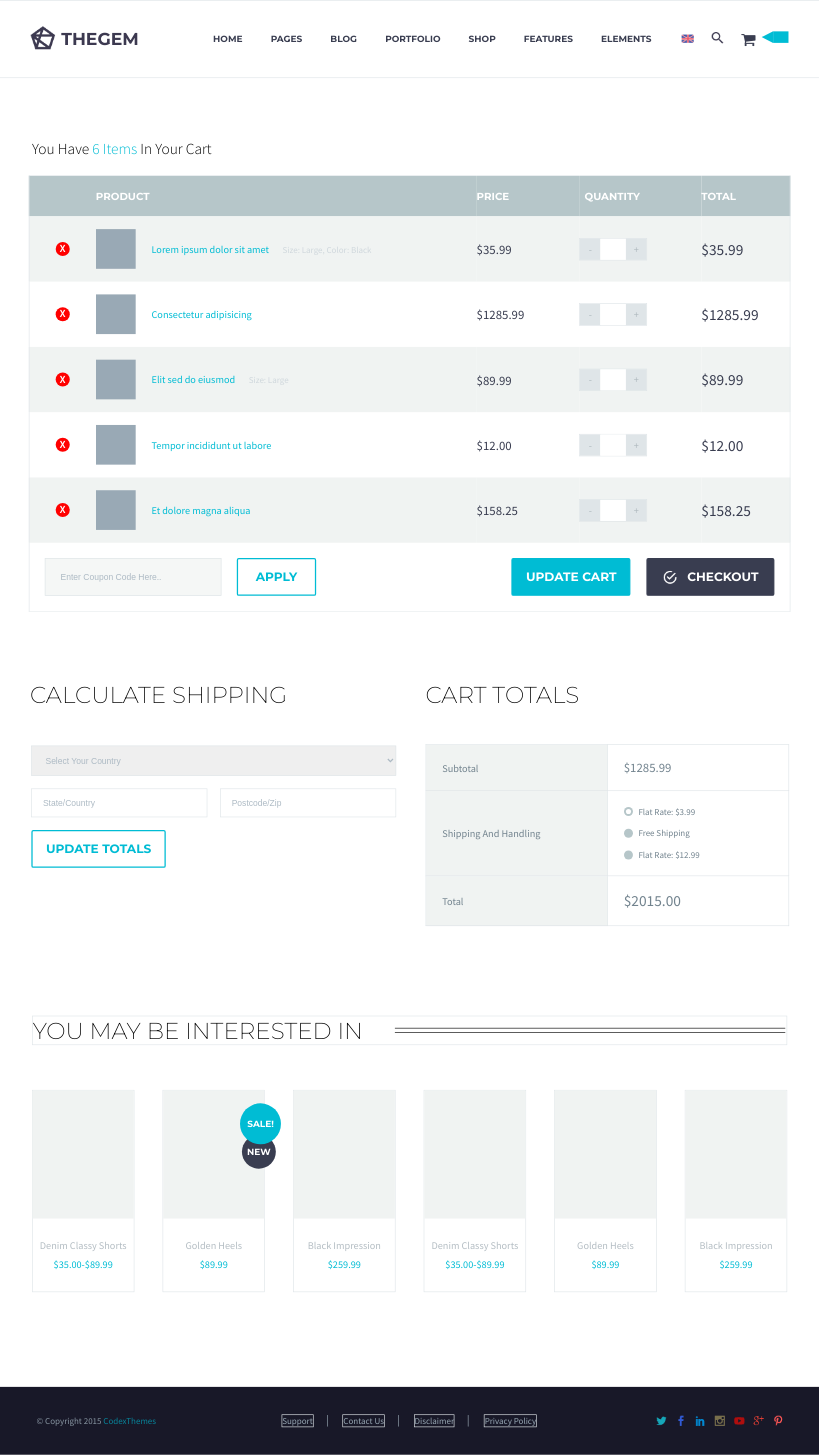
Repository: flylessbird/shop_cart
Page: html/page.html
These files come from the project's save history. The page is drawn as it stood at one moment and after the next save; the edit follows.
The browser window is 1280 px wide. The pictures show the whole page, at 64% of full size.
The style sheet was rebuilt from its Sass, Less or Tailwind sources for each picture, by a compiler version that may differ from the author's.

Above is the page before, as saved 2022-05-14 20:20:33.

After the next save:
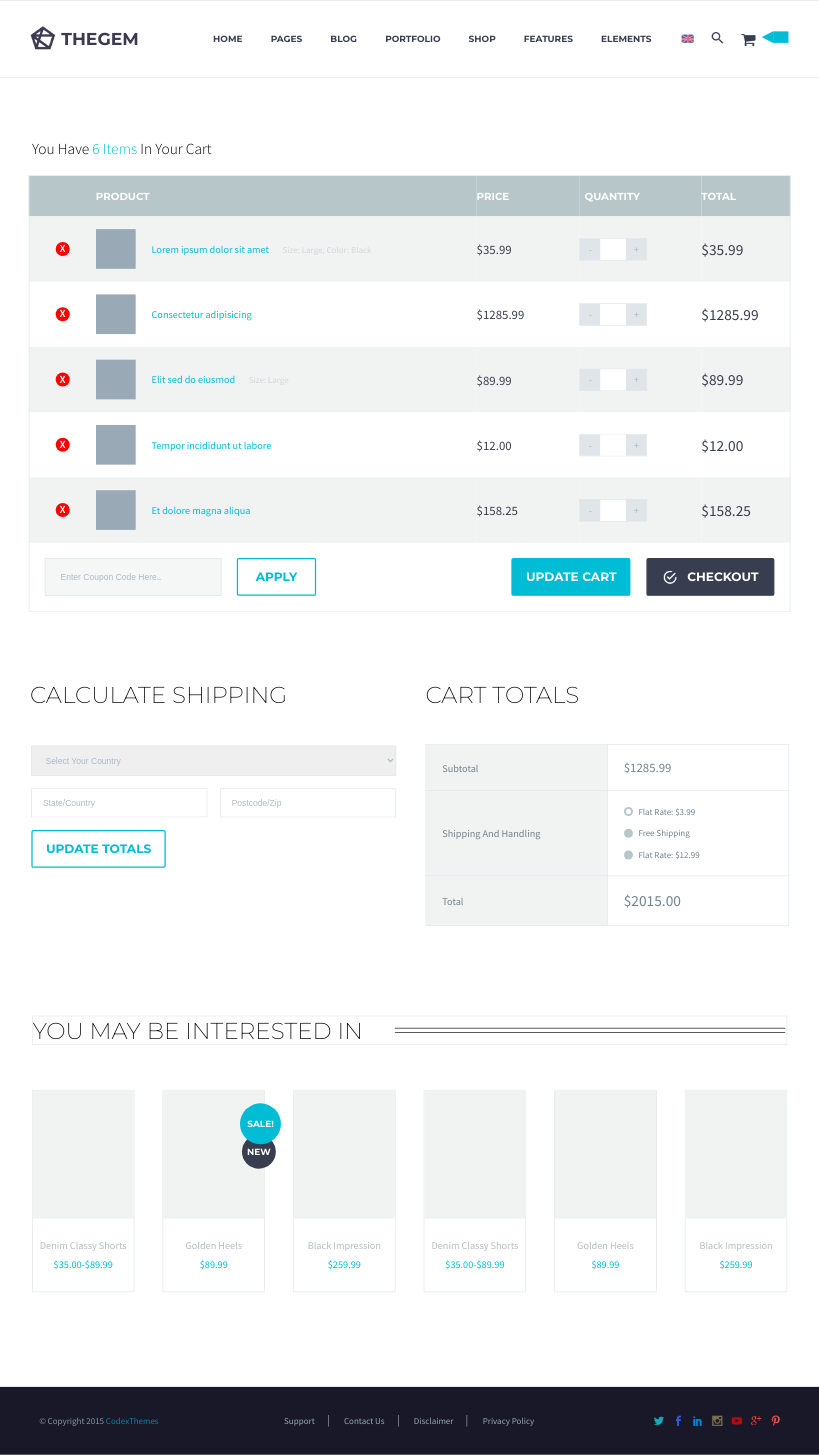
Saved 4 min 11 s later.
--- a/css/page.scss
+++ b/css/page.scss
@@ -567,7 +567,7 @@
       }
       a {
         color: $grey_ava;
-        border: 1px solid $grey_bd;
+        // border: 1px solid $grey_bd;
         text-decoration: none;
       }
     }
